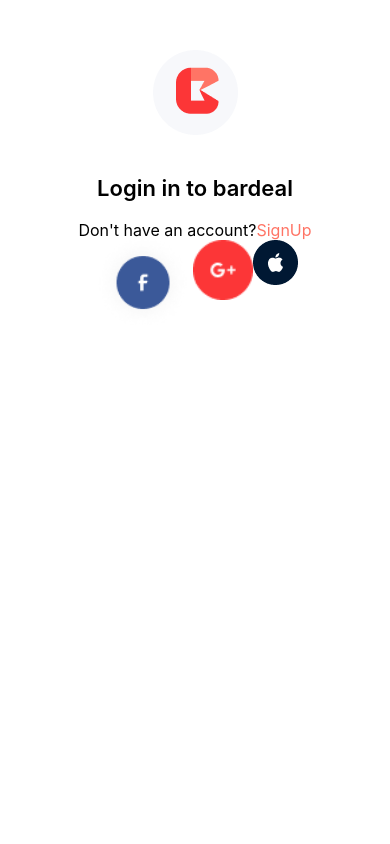
Repository: krunallogisticinfotech/bardealapp-clone
Screen: /
An editor plug-in stored every save of this project. The screen is shown before and after a run of saves, followed by the edit.
The app was drawn by React Native's web renderer in a window 390 px wide. The project was rebuilt for these pictures with package versions that can differ from the ones it lists, and the page was loaded fresh each time.

Above is the screen before, as saved 2021-10-21 18:11:40.

After the next 3 saves:
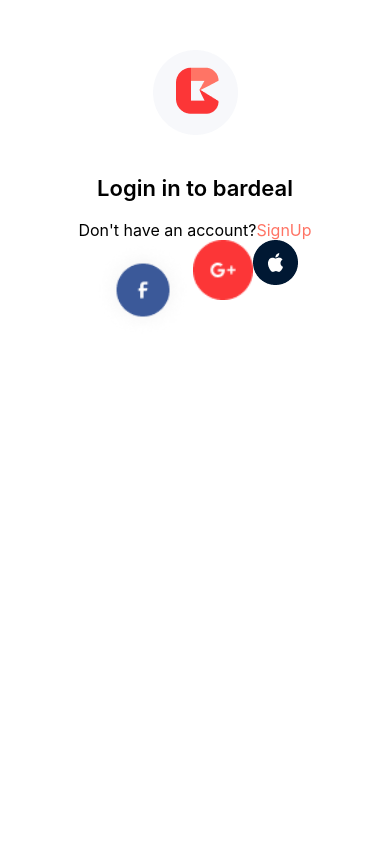
The 3 saves are shown as one change because they came seconds apart.
The last was saved 11 s later.
--- a/screens/Loginscreen.js
+++ b/screens/Loginscreen.js
@@ -56,6 +56,7 @@
   },
   FacebookIcon:{
     width: 100,
+    height: 100,
   },
   GoogleIcon:{
     width: 60,
